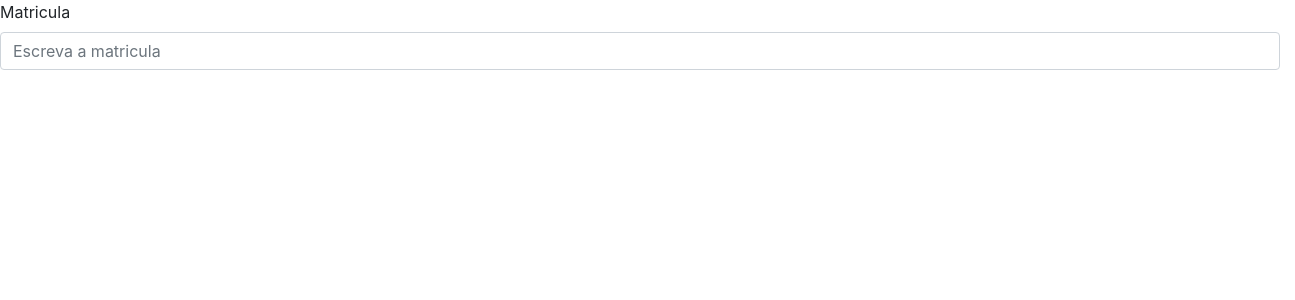
Repository: gabrielfeliphe/AssistenciaTecnica
Page: PI-AssistenciaTecnica/WebContent/pages/adm/cadastro_funcionario.html
An editor plug-in stored every save of this project. The page is shown before and after the next save, followed by the edit.
The browser window is 1280 px wide. The page is 1280 px wide, then 1295 px, so the pictures cover 1295 px, including what lies to the right of the window. The pictures show the whole page.

Above is the page before, as saved 2021-10-12 05:58:50.
Console error: TypeError: Cannot read properties of undefined (reading 'fn')

After the next save:
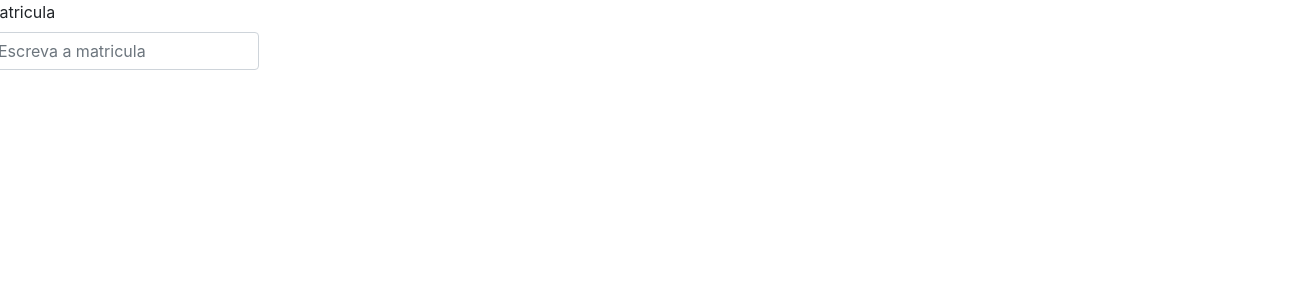
Saved 2 min 11 s later.
--- a/PI-AssistenciaTecnica/WebContent/pages/adm/cadastro_funcionario.html
+++ b/PI-AssistenciaTecnica/WebContent/pages/adm/cadastro_funcionario.html
@@ -12,10 +12,12 @@
 </head>
 <body>
 
-	<form>
+	<div class="row">
+		<form>
 	 	<label>Matricula</label>
 	 	 <input type="text" class="form-control" aria-describedby="emailHelp" placeholder="Escreva a matricula">
 	</form>
+	</div>
 
 </body>
 </html>
